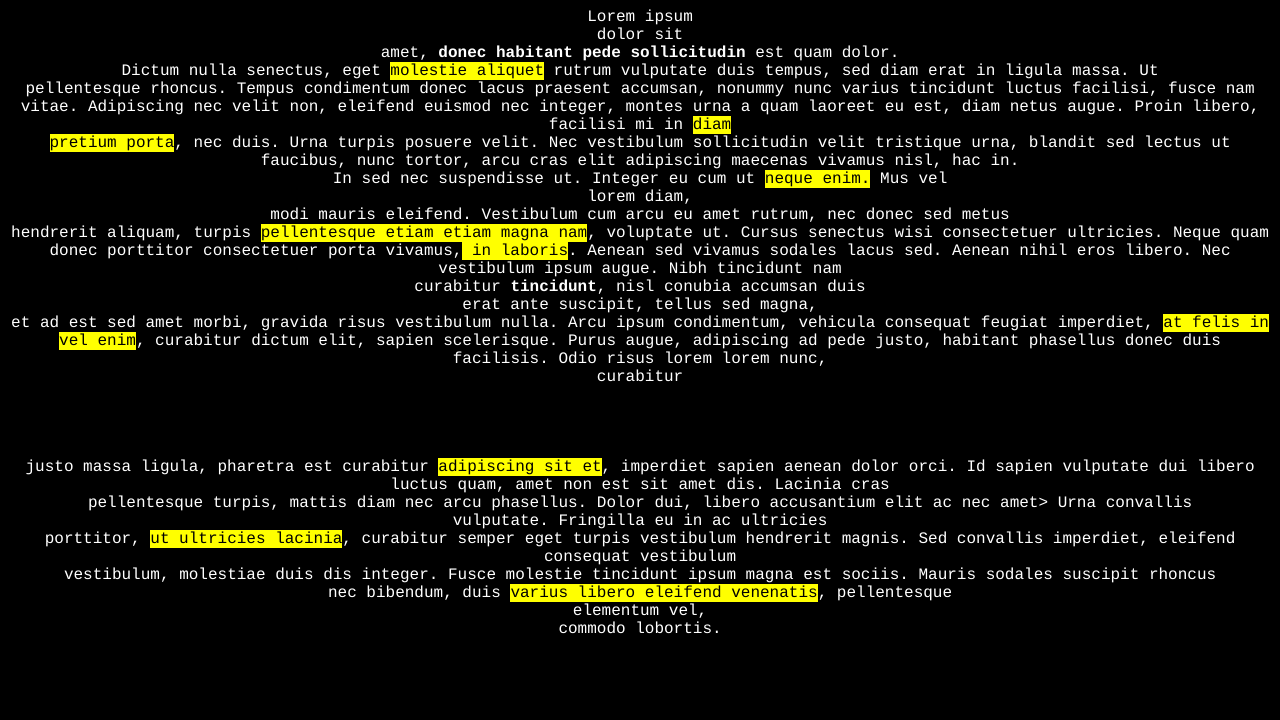
Repository: diasm568/diasm568.github.io
Page: lab/composition.html
The author's editor kept a record of every edit. The page is drawn from the files as they stood at one moment, then again after the next edit.
The browser window is 1280 px wide. The pictures show the whole page.

Above is the page before.

### lab/composition.html
<center>
<body bgcolor="black">
<font color="white">
<font face="courier" color="white">
Lorem ipsum <br> dolor sit<br> amet, <strong>donec habitant pede sollicitudin</strong> est quam dolor. <br>Dictum nulla senectus, eget <mark>molestie aliquet</mark> rutrum vulputate duis tempus, sed diam erat in ligula massa. Ut <br>pellentesque rhoncus. Tempus condimentum donec lacus praesent accumsan, nonummy nunc varius tincidunt luctus facilisi, fusce nam vitae. Adipiscing nec velit non, eleifend euismod nec integer, montes urna a quam laoreet eu est, diam netus augue. Proin libero, facilisi mi in <mark> diam<br> pretium porta</mark>, nec duis. Urna turpis posuere velit. Nec vestibulum sollicitudin velit tristique urna, blandit sed lectus ut faucibus, nunc tortor, arcu cras elit adipiscing maecenas vivamus nisl, hac in.<br> In sed nec suspendisse ut.
Integer eu cum ut <mark>neque enim.</mark> Mus vel <br>lorem diam, <br>modi mauris eleifend. Vestibulum cum arcu eu amet rutrum, nec donec sed metus<br> hendrerit aliquam, turpis <mark>pellentesque etiam etiam magna nam</mark>, voluptate ut. Cursus senectus wisi consectetuer ultricies. Neque quam donec porttitor consectetuer porta vivamus,<mark> in laboris</mark>. Aenean sed vivamus sodales lacus sed. Aenean nihil eros libero. Nec vestibulum ipsum augue.
Nibh tincidunt nam <br>curabitur <strong>tincidunt</strong>, nisl conubia accumsan duis <br>erat ante suscipit, tellus sed magna, <br>et ad est sed amet morbi, gravida risus vestibulum nulla. Arcu ipsum condimentum, vehicula consequat feugiat imperdiet, <mark>at felis in vel enim</mark>, curabitur dictum elit, sapien scelerisque. Purus augue, adipiscing ad pede justo, habitant phasellus donec duis facilisis. Odio risus lorem lorem nunc, <br>curabitur<br><br><br><br><br> justo massa ligula, pharetra est curabitur <mark>adipiscing sit et</mark>, imperdiet sapien aenean dolor orci. Id sapien vulputate dui libero luctus quam, amet non est sit amet dis. Lacinia cras<br> pellentesque turpis, mattis diam nec arcu phasellus. Dolor dui, libero accusantium elit ac nec amet>
Urna convallis <br>vulputate. Fringilla eu in ac ultricies <br>porttitor, <mark>ut ultricies lacinia</mark>, curabitur semper eget turpis vestibulum hendrerit magnis. Sed convallis imperdiet, eleifend consequat vestibulum <br>vestibulum, molestiae duis dis integer. Fusce molestie tincidunt ipsum magna est sociis. Mauris sodales suscipit rhoncus <br>nec bibendum, duis <mark>varius libero eleifend venenatis</mark>, pellentesque<br> elementum vel, <br>commodo lobortis.
</font>
</body>
</center>

After the next edit:
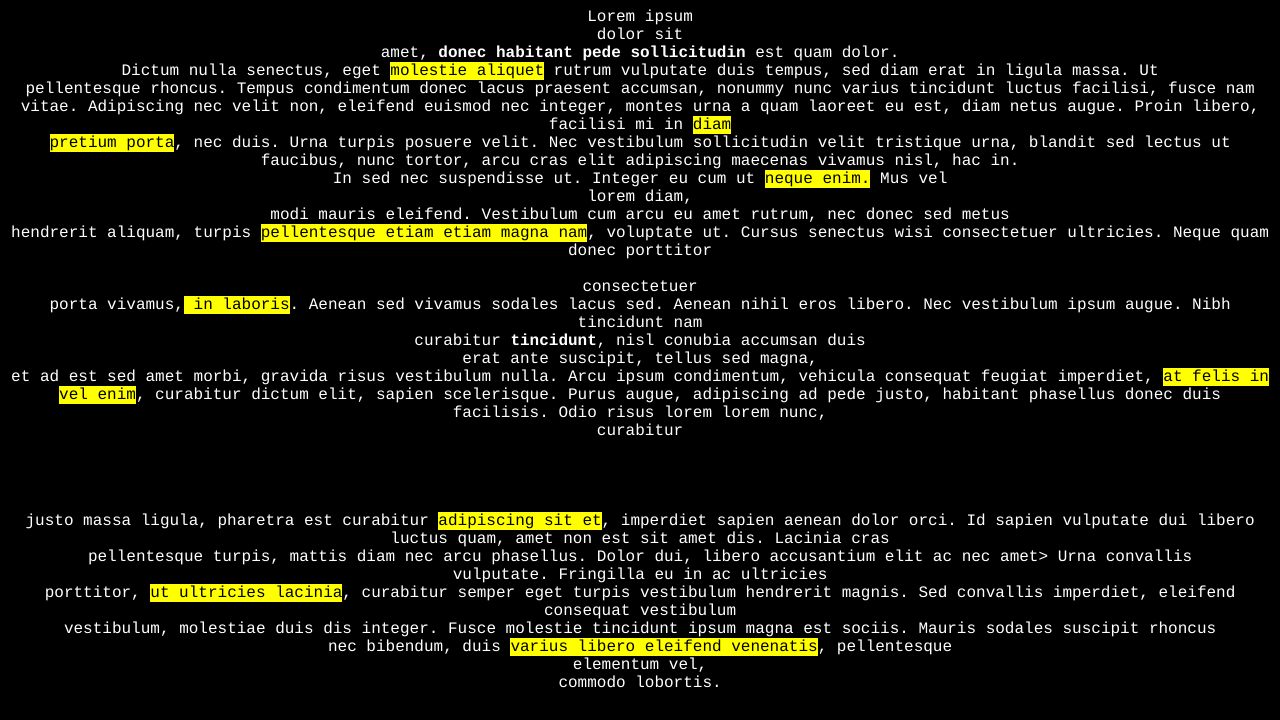
The edit:
--- a/lab/composition.html
+++ b/lab/composition.html
@@ -3,7 +3,7 @@
 <font color="white">
 <font face="courier" color="white">
 Lorem ipsum <br> dolor sit<br> amet, <strong>donec habitant pede sollicitudin</strong> est quam dolor. <br>Dictum nulla senectus, eget <mark>molestie aliquet</mark> rutrum vulputate duis tempus, sed diam erat in ligula massa. Ut <br>pellentesque rhoncus. Tempus condimentum donec lacus praesent accumsan, nonummy nunc varius tincidunt luctus facilisi, fusce nam vitae. Adipiscing nec velit non, eleifend euismod nec integer, montes urna a quam laoreet eu est, diam netus augue. Proin libero, facilisi mi in <mark> diam<br> pretium porta</mark>, nec duis. Urna turpis posuere velit. Nec vestibulum sollicitudin velit tristique urna, blandit sed lectus ut faucibus, nunc tortor, arcu cras elit adipiscing maecenas vivamus nisl, hac in.<br> In sed nec suspendisse ut.
-Integer eu cum ut <mark>neque enim.</mark> Mus vel <br>lorem diam, <br>modi mauris eleifend. Vestibulum cum arcu eu amet rutrum, nec donec sed metus<br> hendrerit aliquam, turpis <mark>pellentesque etiam etiam magna nam</mark>, voluptate ut. Cursus senectus wisi consectetuer ultricies. Neque quam donec porttitor consectetuer porta vivamus,<mark> in laboris</mark>. Aenean sed vivamus sodales lacus sed. Aenean nihil eros libero. Nec vestibulum ipsum augue.
+Integer eu cum ut <mark>neque enim.</mark> Mus vel <br>lorem diam, <br>modi mauris eleifend. Vestibulum cum arcu eu amet rutrum, nec donec sed metus<br> hendrerit aliquam, turpis <mark>pellentesque etiam etiam magna nam</mark>, voluptate ut. Cursus senectus wisi consectetuer ultricies. Neque quam donec porttitor <br><br>consectetuer <br>porta vivamus,<mark> in laboris</mark>. Aenean sed vivamus sodales lacus sed. Aenean nihil eros libero. Nec vestibulum ipsum augue.
 Nibh tincidunt nam <br>curabitur <strong>tincidunt</strong>, nisl conubia accumsan duis <br>erat ante suscipit, tellus sed magna, <br>et ad est sed amet morbi, gravida risus vestibulum nulla. Arcu ipsum condimentum, vehicula consequat feugiat imperdiet, <mark>at felis in vel enim</mark>, curabitur dictum elit, sapien scelerisque. Purus augue, adipiscing ad pede justo, habitant phasellus donec duis facilisis. Odio risus lorem lorem nunc, <br>curabitur<br><br><br><br><br> justo massa ligula, pharetra est curabitur <mark>adipiscing sit et</mark>, imperdiet sapien aenean dolor orci. Id sapien vulputate dui libero luctus quam, amet non est sit amet dis. Lacinia cras<br> pellentesque turpis, mattis diam nec arcu phasellus. Dolor dui, libero accusantium elit ac nec amet>
 Urna convallis <br>vulputate. Fringilla eu in ac ultricies <br>porttitor, <mark>ut ultricies lacinia</mark>, curabitur semper eget turpis vestibulum hendrerit magnis. Sed convallis imperdiet, eleifend consequat vestibulum <br>vestibulum, molestiae duis dis integer. Fusce molestie tincidunt ipsum magna est sociis. Mauris sodales suscipit rhoncus <br>nec bibendum, duis <mark>varius libero eleifend venenatis</mark>, pellentesque<br> elementum vel, <br>commodo lobortis.
 </font>
